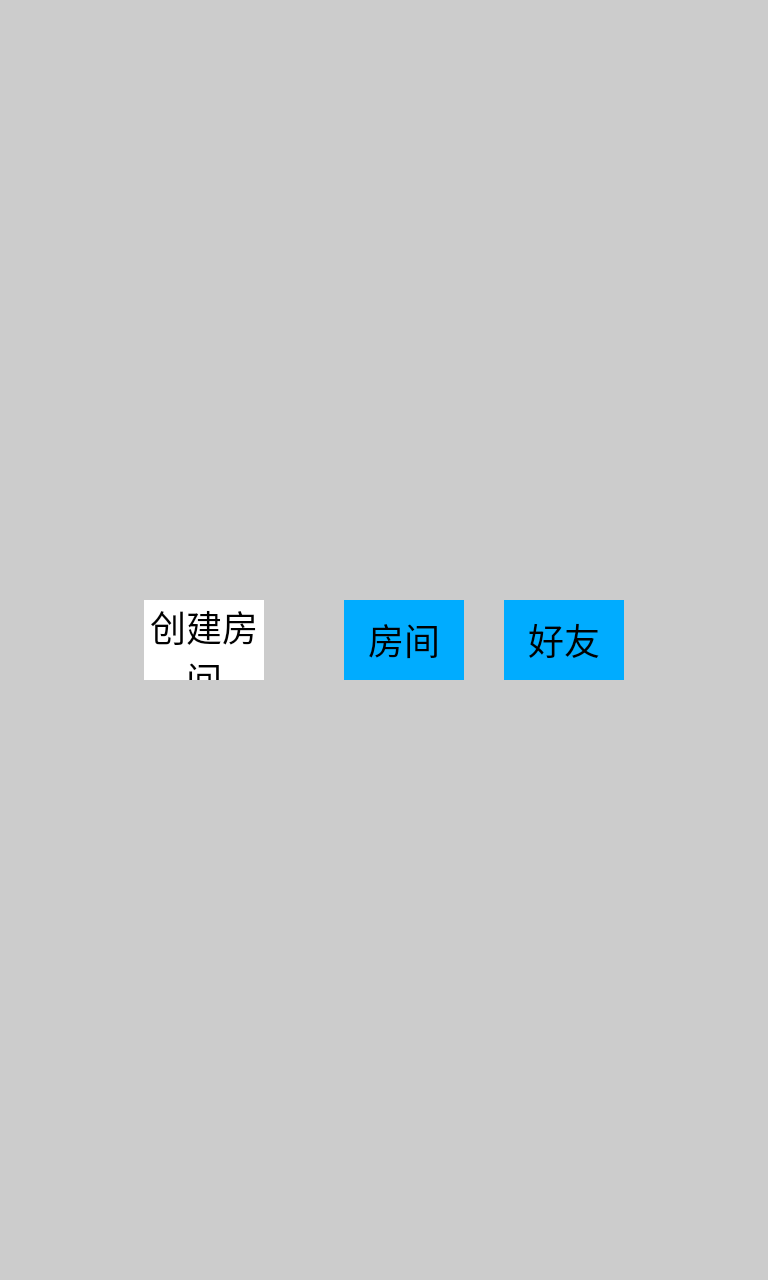
Repository: fanloveoupao/WecharTest
Layout: TestWechar/res/layout/addfriedsorroom.xml
The author's editor kept a copy of each file at every save. The layout is drawn from the files as they stood at one save, then again after the next save.
It is drawn on a 768 x 1280 px phone screen (xhdpi) without system bars, with theme AppTheme; the app's code is not run.

Above is the layout before, as saved 2015-10-08 01:09:14.

### TestWechar/res/layout/addfriedsorroom.xml
<?xml version="1.0" encoding="utf-8"?>
<LinearLayout xmlns:android="http://schemas.android.com/apk/res/android"
    android:layout_width="match_parent"
    android:layout_height="match_parent"
    android:layout_gravity="center"
    android:background="#CCCCCC"
    android:orientation="vertical" >

    <LinearLayout
        android:layout_width="fill_parent"
        android:layout_height="match_parent"
        android:gravity="center"
        android:orientation="horizontal" >

        <Button
            android:id="@+id/create_room"
            android:layout_width="60dp"
            android:layout_height="40dp"
            android:layout_marginRight="20dp"
            android:background="@drawable/button_register_bg"
            android:text="创建房间" />

        <Button
            android:id="@+id/join_room"
            android:layout_width="60dp"
            android:layout_height="40dp"
            android:layout_marginLeft="20dp"
            android:background="@drawable/button_login_bg"
            android:text="房间" />

        <Button
            android:id="@+id/add_friends"
            android:layout_width="60dp"
            android:layout_height="40dp"
            android:layout_marginLeft="20dp"
            android:background="@drawable/button_login_bg"
            android:text="好友" />
    </LinearLayout>

</LinearLayout>

### TestWechar/res/values/styles.xml
<resources>

    <!--
        Base application theme, dependent on API level. This theme is replaced
        by AppBaseTheme from res/values-vXX/styles.xml on newer devices.











    -->
    <style name="AppBaseTheme" parent="android:Theme.Light">
        <!--
            Theme customizations available in newer API levels can go in
            res/values-vXX/styles.xml, while customizations related to
            backward-compatibility can go here.






        -->
    </style>

    <!-- Application theme. -->
    <style name="AppTheme" parent="AppBaseTheme">
        <!-- All customizations that are NOT specific to a particular API-level can go here. -->
    </style>

    <style name="animationmsg">
        <item name="android:windowEnterAnimation">@anim/msg_enter</item>
        <item name="android:windowExitAnimation">@anim/msg_exit</item>
    </style>

</resources>

### TestWechar/res/values/color.xml
<?xml version="1.0" encoding="utf-8"?>
<resources>

    <color name="white">#ffffffff</color>
    <color name="window_bg">#fff0f3f6</color>
    <color name="title_bg">#ff54acea</color>
    <color name="chat_text">#ff333333</color>
    <color name="common_top_bar_blue">#4ebcd3</color>
    <color name="btn_login_normal">#00acff</color>
    <color name="btn_login_pressed">#46678d</color>
    <color name="btn_logout_normal">#d33f3f</color>
    <color name="btn_logout_pressed">#DA5A4D</color>
    <color name="btn_register_normal">#ffffff</color>
    <color name="btn_register_pressed">#00acff</color>
    <color name="common_bottom_bar_normal_bg">#2d2f31</color>
    <color name="common_bottom_bar_selected_bg">#161718</color>
    <color name="common_botton_bar_blue">#2ea7e0</color>
    <color name="common_bg">#fcfcfc</color>
    <color name="btn_pressed_green_solid">#B6DA53</color>
    <color name="divider_list">#d4d4d4</color>
    <color name="top_bar_normal_bg">#00acff</color>
    <color name="error_item_color">#F6EBE6</color>
    <color name="bottom_bar_normal_bg">#2D2F31</color>
    <color name="bottom_text_color_normal">#ffffff</color>
    <color name="btn_white_normal">#f7f8f8</color>
    <color name="btn_white_pressed">#b5b5b6</color>
    <color name="btn_green_noraml">#68C270</color>
    <color name="btn_green_pressed">#6FCD78</color>
    <color name="btn_gray_normal">#c0c0c0</color>
    <color name="btn_gray_pressed_status">#b5b5b6</color>
    <color name="btn_gray_pressed">#666667</color>
    <color name="btn_blue_normal">#1e90ff</color>
    <color name="btn_blue_pressed">#0066FF</color>
    <color name="orange">#FFA500</color>
    <color name="gray_pressed">#b5b5b6</color>
    <color name="gray_normal">#666667</color>
    <color name="grid_state_pressed">#1Affffff</color>
    <color name="grid_state_focused">#80000000</color>
    <color name="voip_interface_text_color">#bababa</color>
    <color name="black_deep">#FF000000</color>
    <color name="btn_answer_pressed">#4ebcd3</color>
    <color name="btn_answer_normal">#2dafa3</color>

</resources>

Loaded but not shown: TestWechar/res/values-v11/styles.xml (common file); TestWechar/res/values-v14/styles.xml (common file); TestWechar/res/drawable/button_register_bg.xml (common file); TestWechar/res/drawable/button_login_bg.xml (common file)

After the next save:
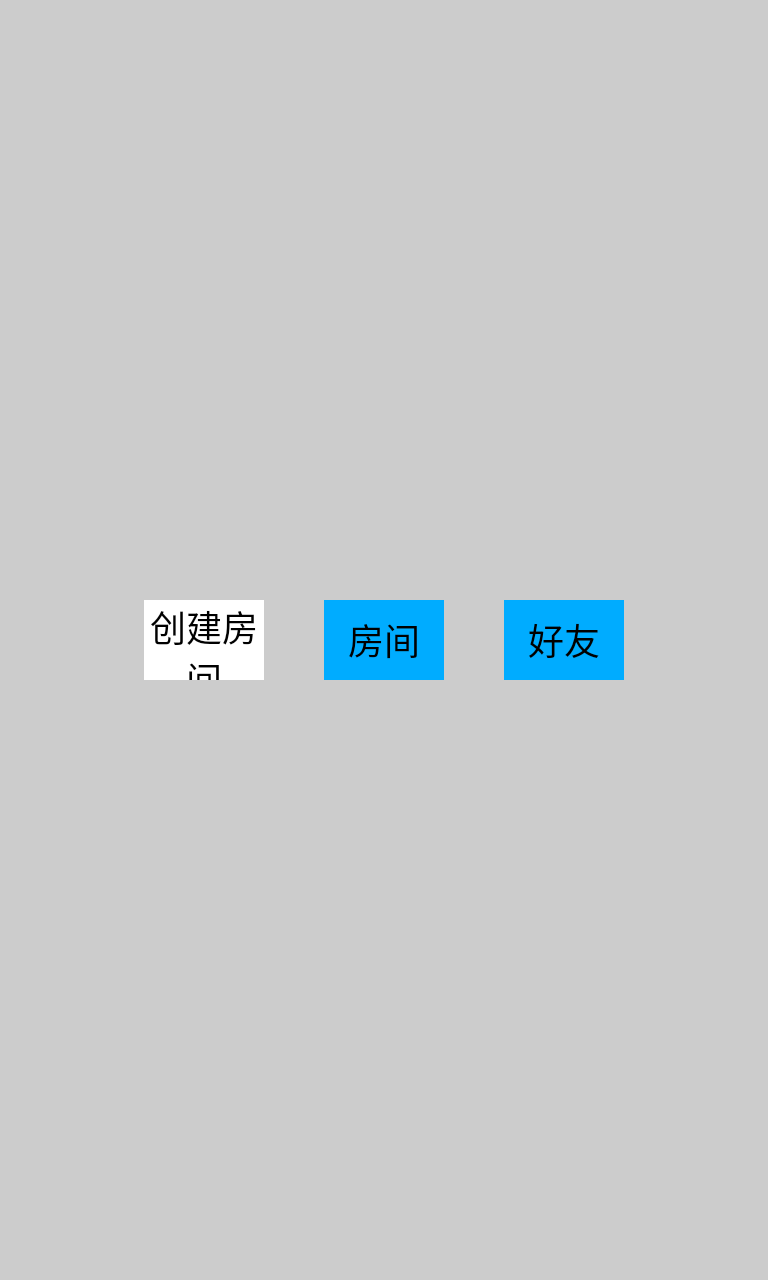
Saved 22 s later.
--- a/TestWechar/res/layout/addfriedsorroom.xml
+++ b/TestWechar/res/layout/addfriedsorroom.xml
@@ -24,7 +24,8 @@
             android:id="@+id/join_room"
             android:layout_width="60dp"
             android:layout_height="40dp"
-            android:layout_marginLeft="20dp"
+            android:layout_marginLeft="10dp"
+            android:layout_marginRight="10dp"
             android:background="@drawable/button_login_bg"
             android:text="房间" />
 
